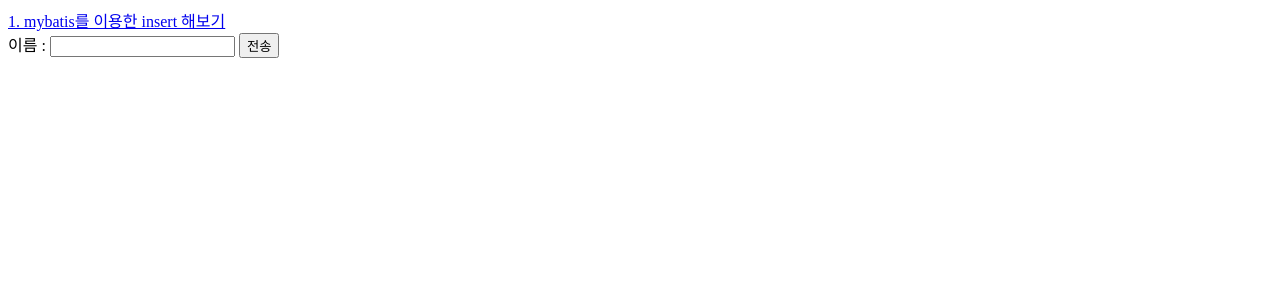
Repository: choo93/webworkspace3
Page: webworkspace3/mybatis01/WebContent/index.html
An editor plug-in stored every save of this project. The page is shown before and after the next save, followed by the edit.
The browser window is 1280 px wide. The pictures show the whole page.

Above is the page before, as saved 2018-06-26 07:37:29.

After the next save:
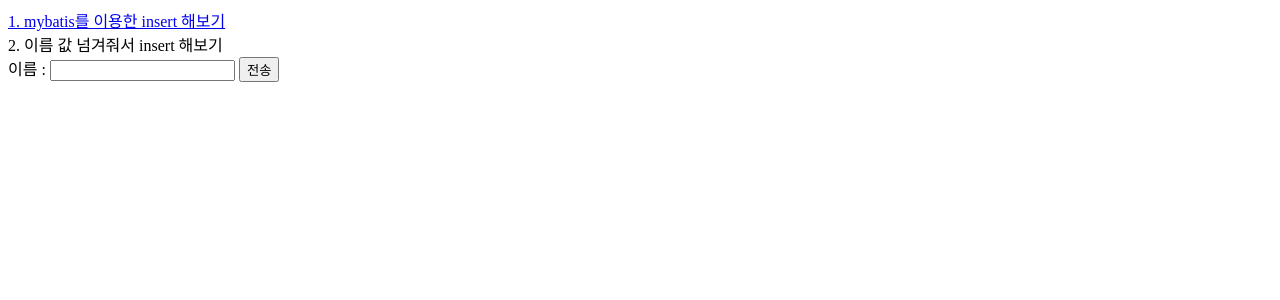
Saved 26 s later.
--- a/webworkspace3/mybatis01/WebContent/index.html
+++ b/webworkspace3/mybatis01/WebContent/index.html
@@ -6,6 +6,7 @@
 </head>
 <body>
 <a href="/mybatisTest1">1. mybatis를 이용한 insert 해보기</a><br>
+2. 이름 값 넘겨줘서 insert 해보기
 <form action="/mybatisTest2">
 	이름 : <input type="text" name="studentName" />
 	<input type="submit" value="전송" />
